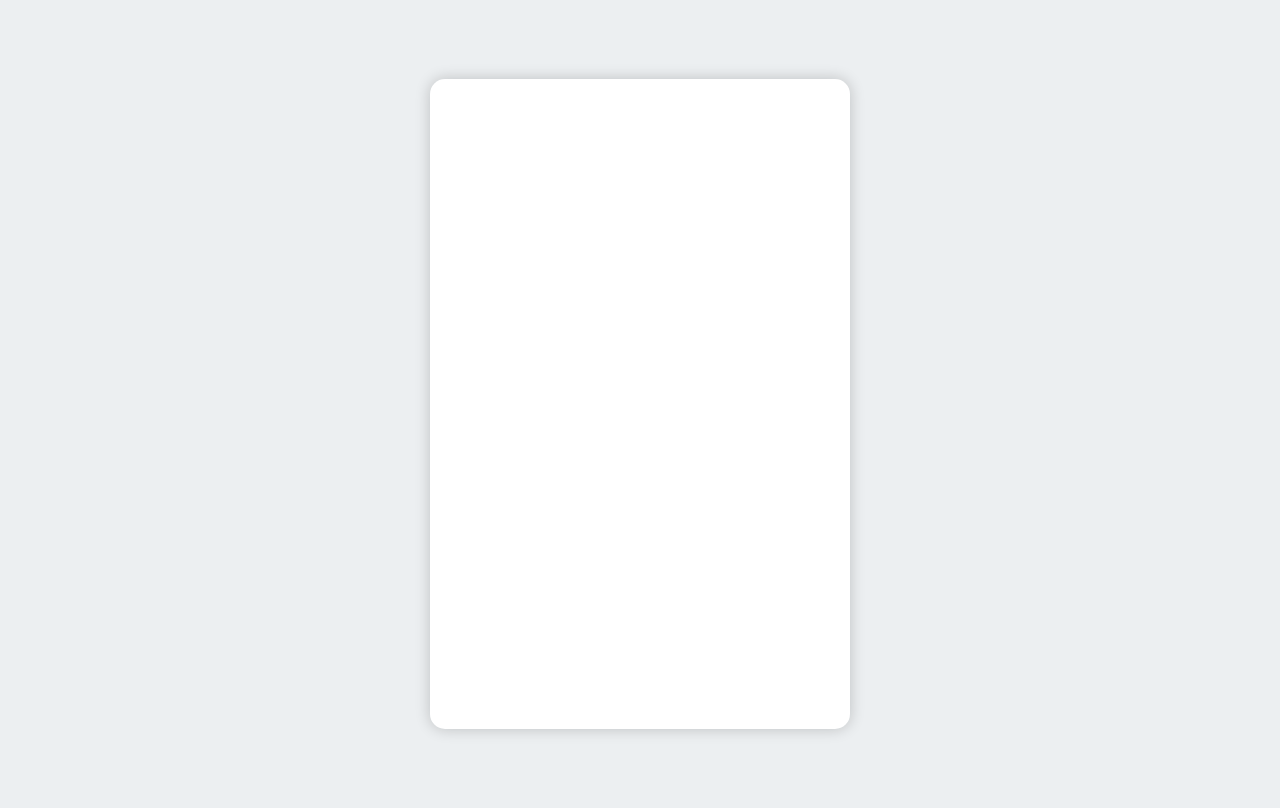
Repository: nt269782-web/Offline-ChatBot
Page: front.html
An editor plug-in stored every save of this project. The page is shown before and after a run of saves, followed by the edit.
The browser window is 1280 px wide. The pictures show the whole page.

Above is the page before, as saved 2026-07-07 15:06:37.

### front.html
<!DOCTYPE html>
<html lang="en">
<head>
    <meta charset="UTF-8">
    <meta name="viewport" content="width=device-width, initial-scale=1.0">
    <title>Document</title>
    <style>
        body{
            background: #eceff1;
            display: flex;
            justify-content: center;
            align-items: center;
            height: 110vh;
        }
        .chat-container {
            width: 420px;
            height: 650px;
            overflow: hidden;
            background:#fff;
            border-radius:15px;
            box-shadow:0 0 15px rgba(0,0,0,.2)


        }
    </style>
</head>

<body>
    <div class="chat-container">

    </div>
</body>
</html>

After the next 3 saves:
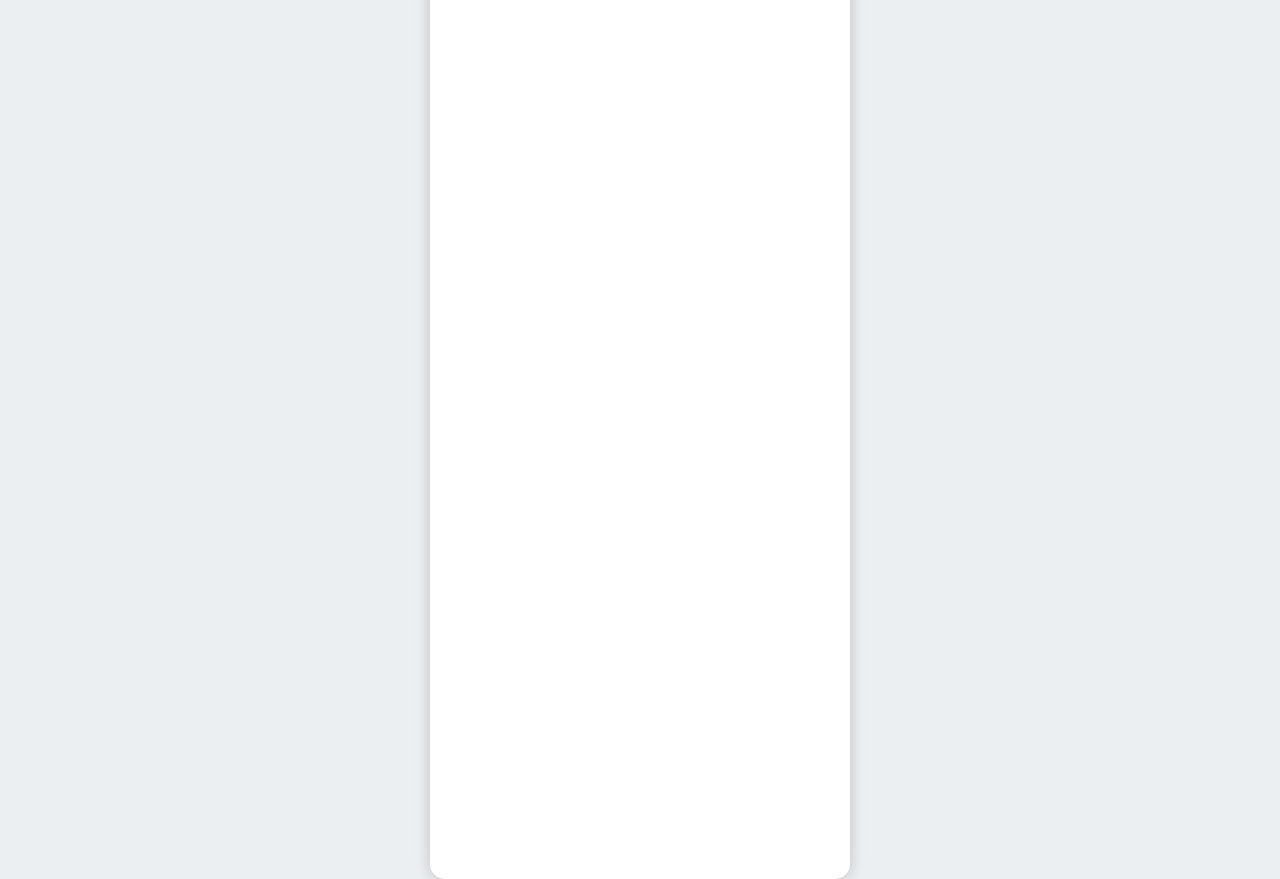
The 3 saves are shown as one change because they came seconds apart.
The last was saved 20 s later.
--- a/front.html
+++ b/front.html
@@ -14,7 +14,7 @@
         }
         .chat-container {
             width: 420px;
-            height: 650px;
+            height: 950px;
             overflow: hidden;
             background:#fff;
             border-radius:15px;
